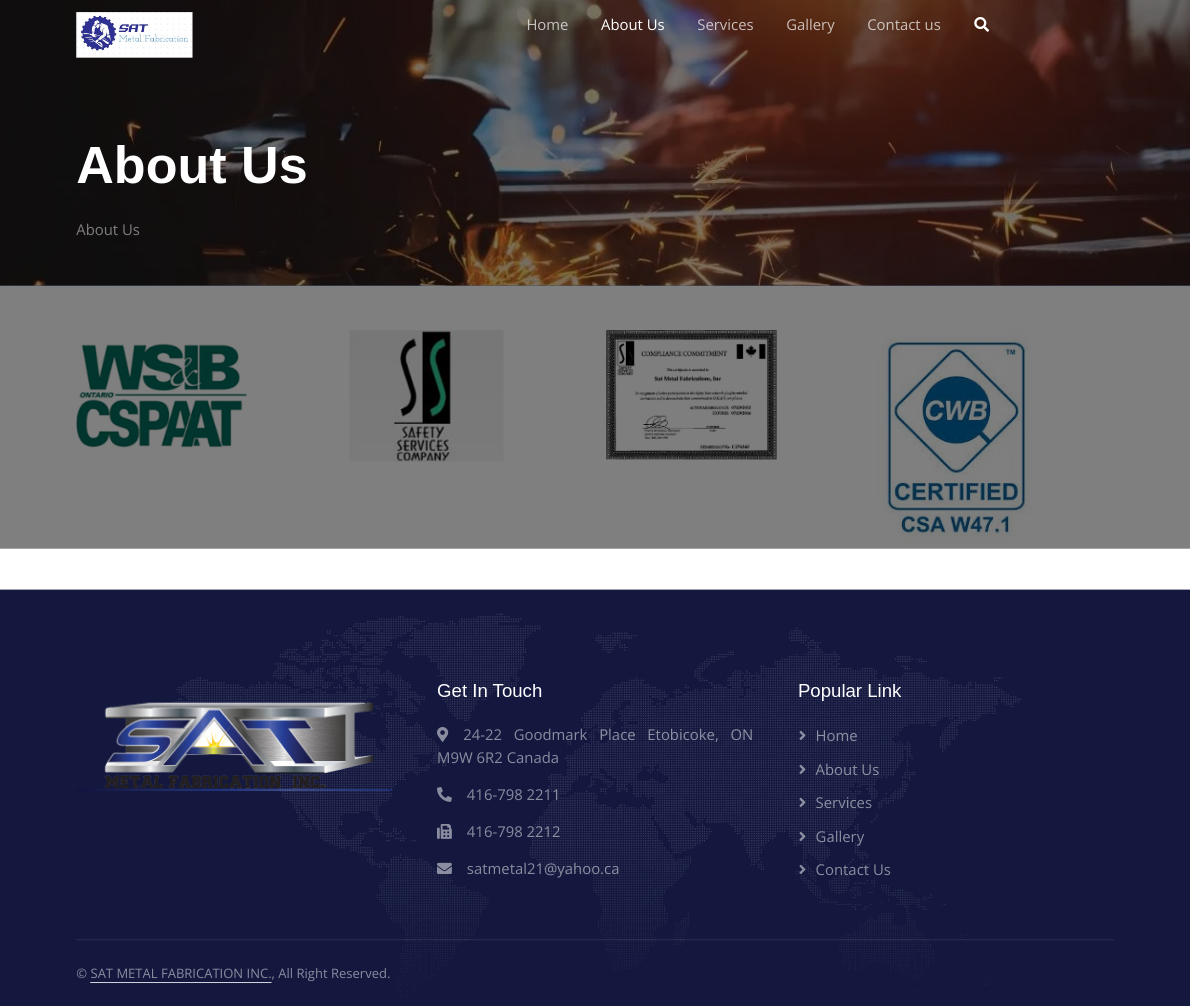
Repository: dzyte-services/satmetal
Page: http://localhost/about.php
These files come from the project's save history. The page is drawn as it stood at one moment and after the next save; the edit follows.
The browser window is 1280 px wide. The pictures show the whole page, at 93% of full size.
Some web fonts or font styles are not loaded; a fallback is used. Some web libraries are served in a nearby version. The page is run by PHP 8.4 with error messages shown; the project is at /var/www/html/.

Above is the page before, as saved 2023-11-07 17:29:48.

After the next save:
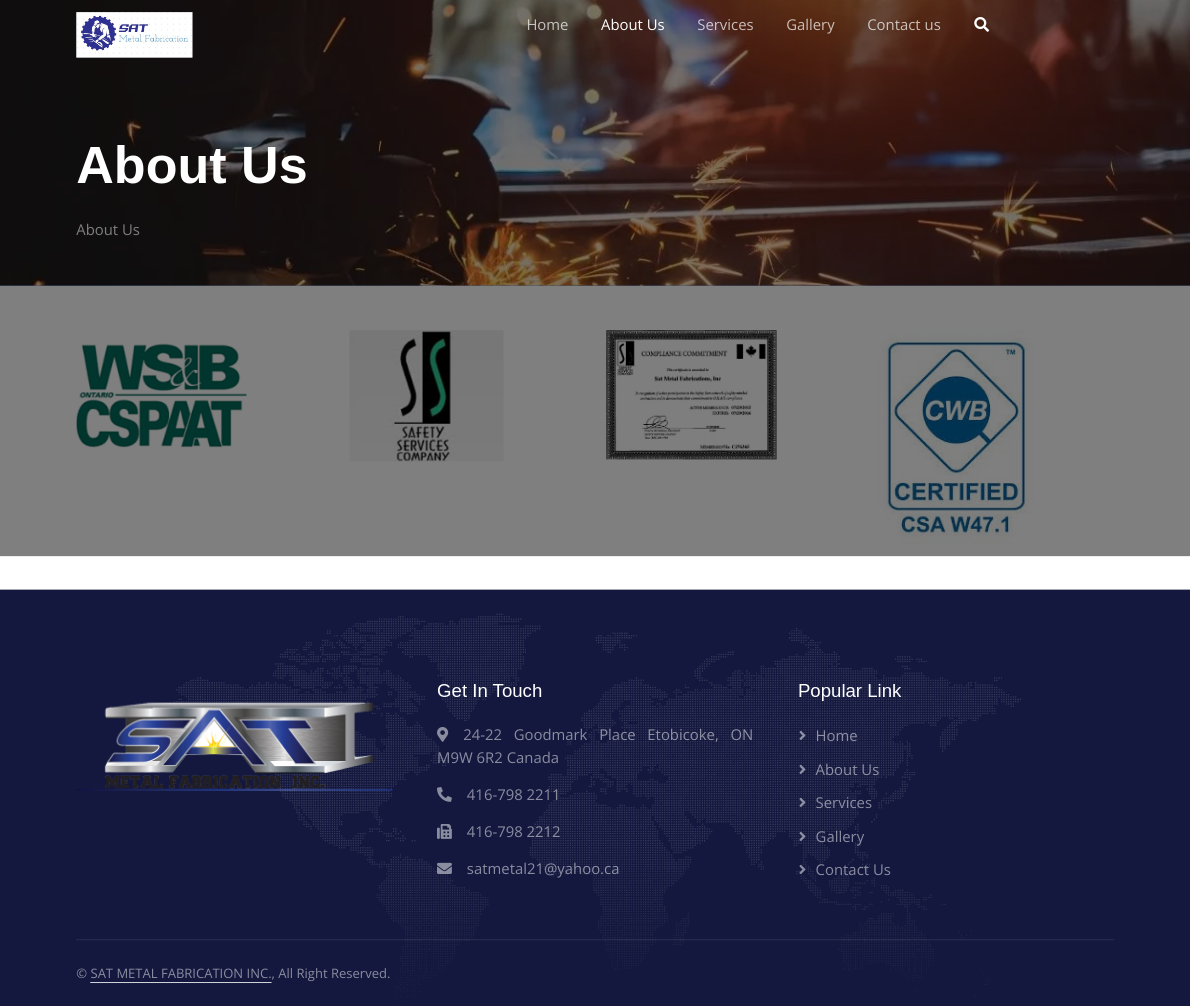
Saved 5 s later.
--- a/css/style.css
+++ b/css/style.css
@@ -156,7 +156,7 @@
     top: 0;
     left: 0;
     width: 100%;
-    height: 82%;
+    height: 83%;
     background: rgba(0, 0, 0, 0.5); /* Adjust the opacity as needed (0.5 for 50% opacity) */
 }
 
